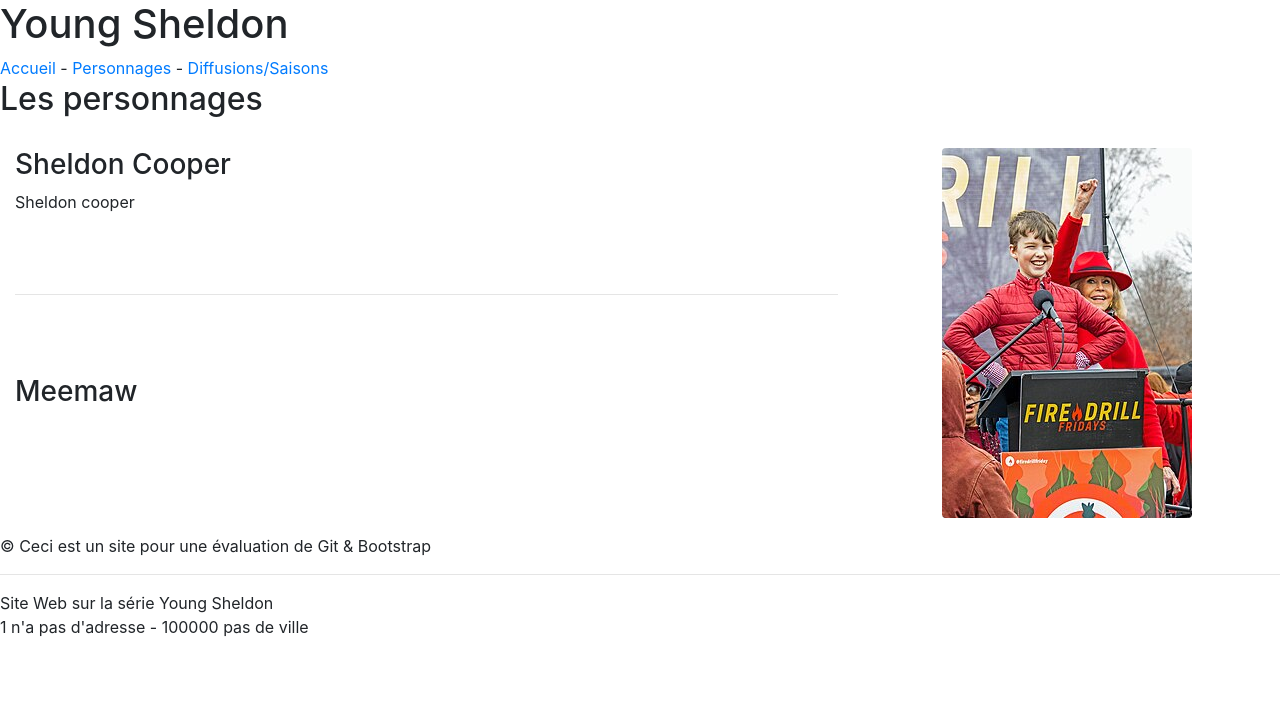
Repository: jkoz-dev/Site_Web_Young_Sheldon_KOZIEL.github.io
Page: personnages.html
These files come from the project's save history. The page is drawn as it stood at one moment and after the next save; the edit follows.
The browser window is 1280 px wide. The pictures show the whole page.

Above is the page before, as saved 2025-12-12 11:39:38.

After the next save:
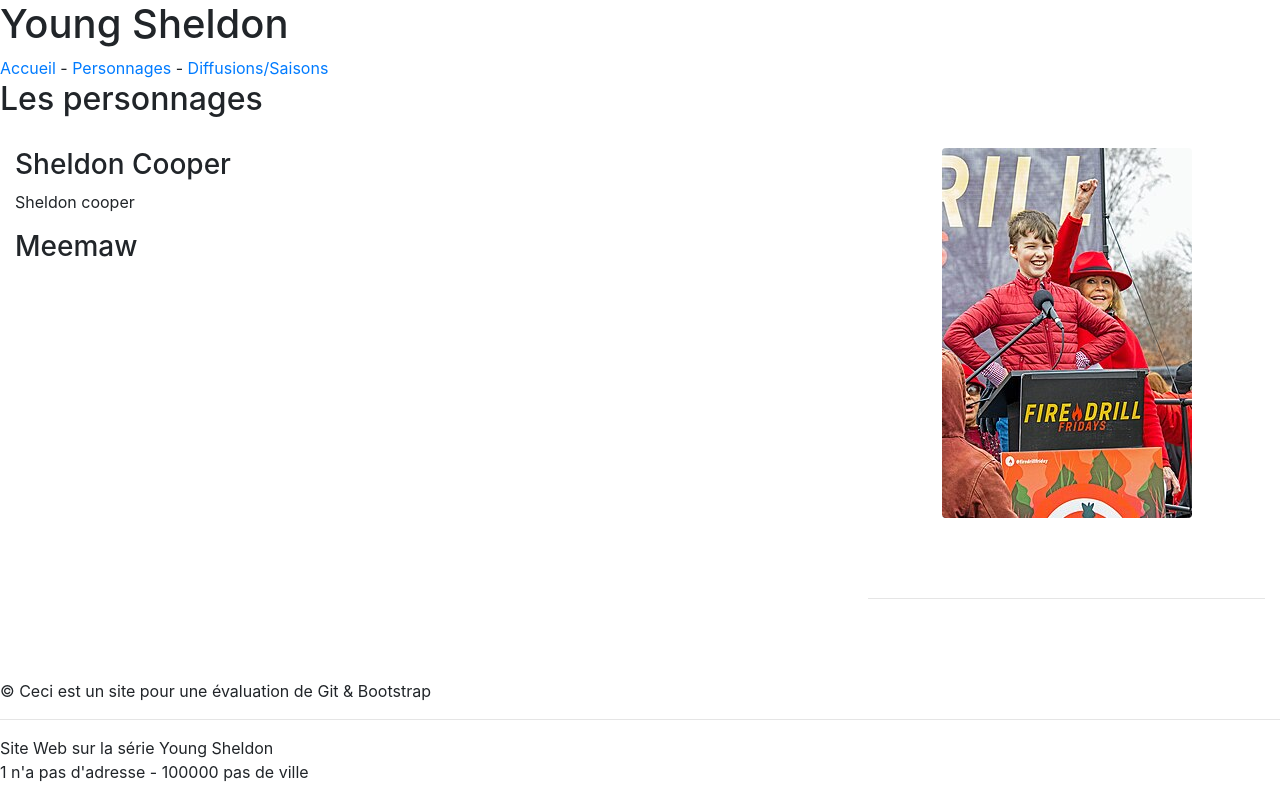
Saved 24 s later.
--- a/personnages.html
+++ b/personnages.html
@@ -21,27 +21,28 @@
             href="saisons.html">Diffusions/Saisons</a></nav>
 
     <!-- ZONE PRINCIPALE -->
-     <h2>Les personnages</h2>
+    <h2>Les personnages</h2>
     <div class="container-fluid" style="margin-top:30px;">
         <div class="row">
             <div class="col-sm-8">
                 <h3>Sheldon Cooper</h3>
                 <p>Sheldon cooper </p>
-                <hr class="barre_separation">
                 <h3> Meemaw</h3>
             </div>
             <div class="col-sm-4">
                 <figure>
-                    <img src="./images/sheldon_cooper.jpg" class="rounded mx-auto d-block" alt="Sheldon Cooper"/>
+                    <img src="./images/sheldon_cooper.jpg" class="rounded mx-auto d-block" alt="Sheldon Cooper" />
+
+                    <hr class="barre_separation">
                 </figure>
             </div>
         </div>
     </div>
-            <footer>
-                <p>&copy; Ceci est un site pour une évaluation de Git & Bootstrap </p>
-                <hr>
-                <address>Site Web sur la série Young Sheldon <br> 1 n'a pas d'adresse - 100000 pas de ville</address>
-            </footer>
+    <footer>
+        <p>&copy; Ceci est un site pour une évaluation de Git & Bootstrap </p>
+        <hr>
+        <address>Site Web sur la série Young Sheldon <br> 1 n'a pas d'adresse - 100000 pas de ville</address>
+    </footer>
 </body>
 
 </html>
